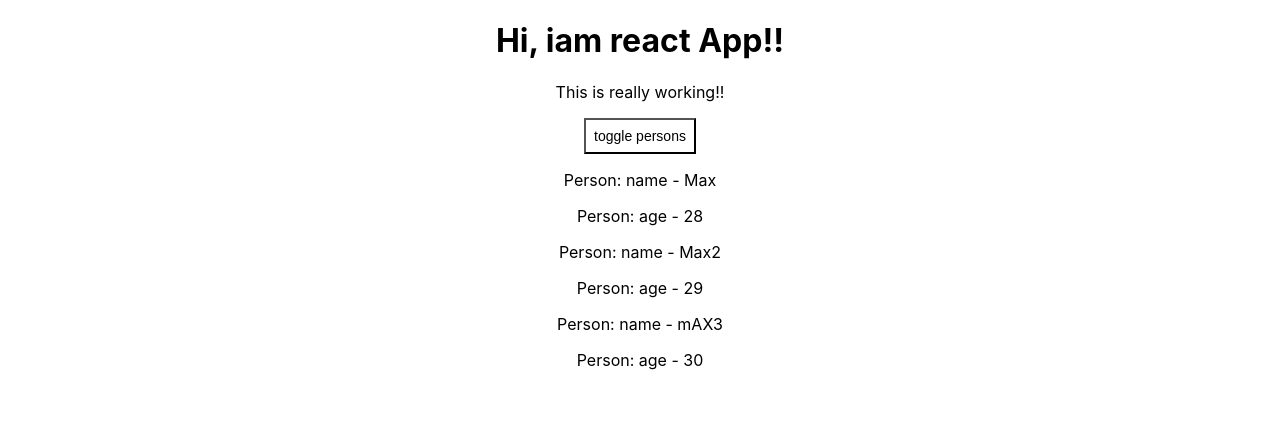
Repository: RohitMalik2/Rohit_react
Page: /, after clicking the first element matching `button`
The author's editor kept a copy of each file at every save. The page is drawn from the files as they stood at one save, then again after the next save.
The browser window is 1280 px wide. The pictures show the whole page.
The project was rebuilt for these pictures with package versions that can differ from the ones it lists, and the page was loaded fresh each time.

Above is the page before, as saved 2019-11-19 22:25:38.

### src/App.js
import React, { Component } from 'react';
import logo from './logo.svg';
import './App.css';
import Person from './Person/Person'

class App extends Component {

  state = {
    persons: [
      { name: 'Max', age: 28 },
      { name: 'Max2', age: 29 },
      { name: 'mAX3', age: 30 }
    ],
    otherState: 'some other state',
    showPersons: false
  }

  switchNameHandler = (newName) => {
    // Don't do this: this.state.persons[0].name = 'Maximilian'
    this.setState({
      persons: [
        { name: newName, age: 35 },
        { name: 'Max2', age: 29 },
        { name: 'mAX3', age: 30 }
      ],
      otherState: 'some other state'
    });
  }

  nameChangeHandler = (event) => {
    this.setState({
      persons: [
        { name: 'Yash', age: 13 },
        { name: event.target.value, age: 13 },
        { name: 'Yash', age: 13 }
      ]
    })
  }

  togglePersonsHandler = () => {
    const currentState = this.state.showPersons;
    this.setState({ showPersons: !currentState });
  }
  render() {
    const style = {
      fontSize: '14px',
      backgroundColor: 'White',
      border: '1px soild blue',
      padding: '8px'
    };

    let persons = null;
    if (this.state.showPersons) {
      persons = (
        <div>
          <Person
            name={this.state.persons[0].name}
            age={this.state.persons[0].age} />
          <Person
            name={this.state.persons[1].name}
            age={this.state.persons[1].age} />
          <Person
            name={this.state.persons[2].name}
            age={this.state.persons[2].age} />
        </div>
      );
    }
    return (
      <div className="App">
        <h1>Hi, iam react App!!</h1>
        <p>This is really working!!</p>
        <button style={style} onClick={this.togglePersonsHandler}>toggle persons</button>
        {persons}
      </div>
    );
  };

}

export default App;

### src/Person/Person.js
import React from 'react';

const Person = (props) =>{
    return (
       <div>
            <p>Person: name - {props.name}</p>
            <p>Person: age - {props.age}</p>

       </div>
    );
};

export default Person;

Loaded but not shown: public/index.html (common file); src/index.js (common file); src/index.css (common file); src/serviceWorker.js (common file); src/App.css (common file)

After the next save:
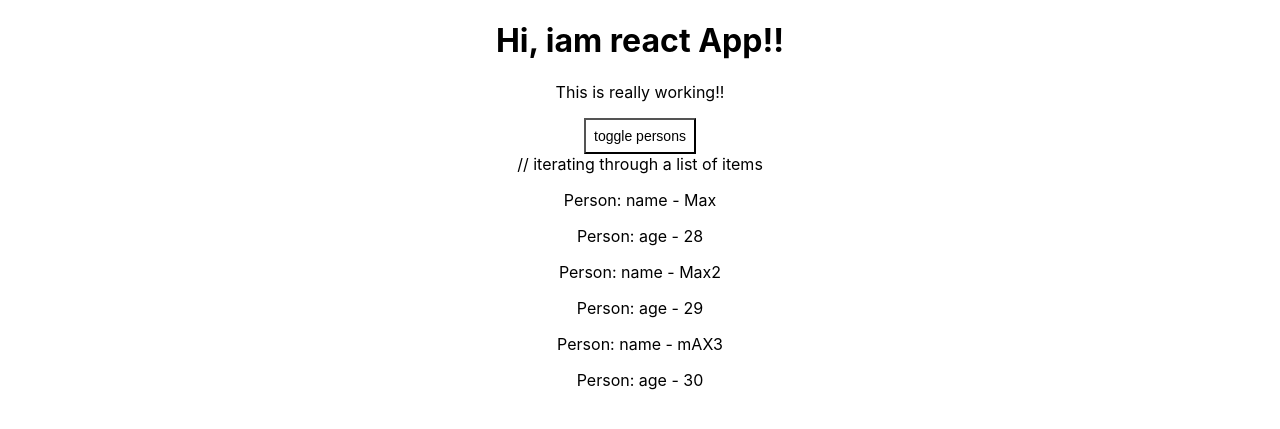
Saved 47 h 14 min later.
--- a/src/App.js
+++ b/src/App.js
@@ -53,7 +53,12 @@
     if (this.state.showPersons) {
       persons = (
         <div>
-          <Person
+          // iterating through a list of items
+          {this.state.persons.map(person => {
+             return <Person name={person.name} age={person.age}/>;
+          })}
+
+         {/*  <Person
             name={this.state.persons[0].name}
             age={this.state.persons[0].age} />
           <Person
@@ -61,7 +66,7 @@
             age={this.state.persons[1].age} />
           <Person
             name={this.state.persons[2].name}
-            age={this.state.persons[2].age} />
+            age={this.state.persons[2].age} /> */}
         </div>
       );
     }

After the 2 saves that followed:
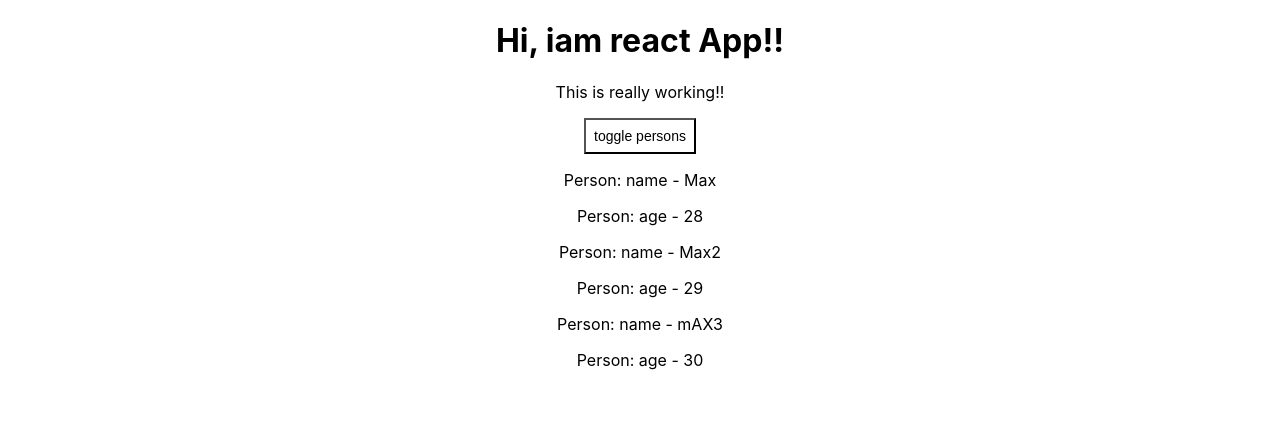
The 2 saves are shown as one change because 1 did not build or start.
The last was saved 89 s later.
--- a/src/App.js
+++ b/src/App.js
@@ -53,12 +53,12 @@
     if (this.state.showPersons) {
       persons = (
         <div>
-          // iterating through a list of items
+          {/* iterating through a list of items */}
           {this.state.persons.map(person => {
-             return <Person name={person.name} age={person.age}/>;
+            return <Person name={person.name} age={person.age} />;
           })}
 
-         {/*  <Person
+          {/*  <Person
             name={this.state.persons[0].name}
             age={this.state.persons[0].age} />
           <Person
